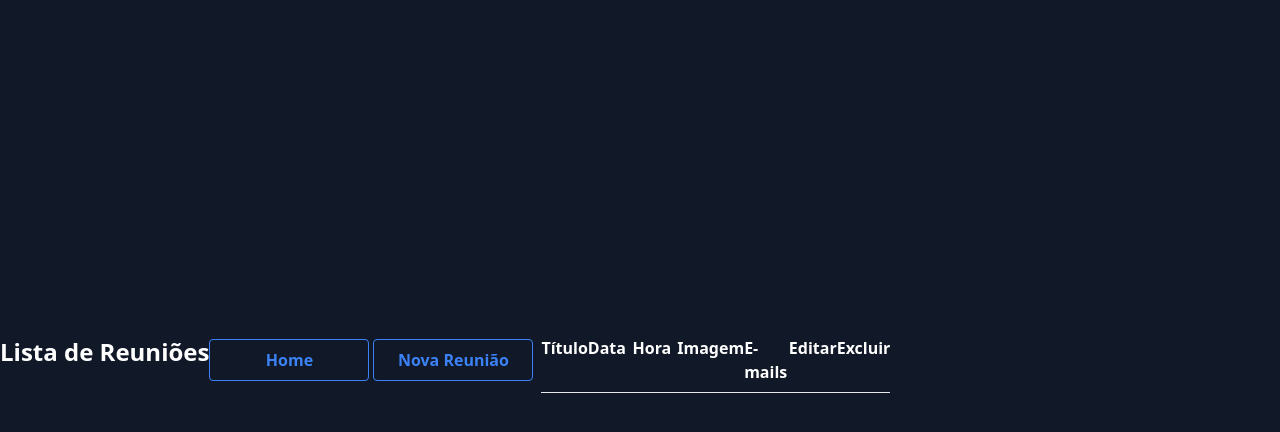
Repository: TamiBeira/meeting
Page: /meetings
The author's editor kept a copy of each file at every save. The page is drawn from the files as they stood at one save, then again after the next save.
The browser window is 1280 px wide. The pictures show the whole page.
The project was rebuilt for these pictures with package versions that can differ from the ones it lists, and the page was loaded fresh each time. Also part of the build but not shown: vite.config.ts, src/contexts/FormContext.tsx, src/components/Form.tsx, src/components/HomePage.tsx.

Above is the page before, as saved 2024-02-27 00:42:05.

After the next save:
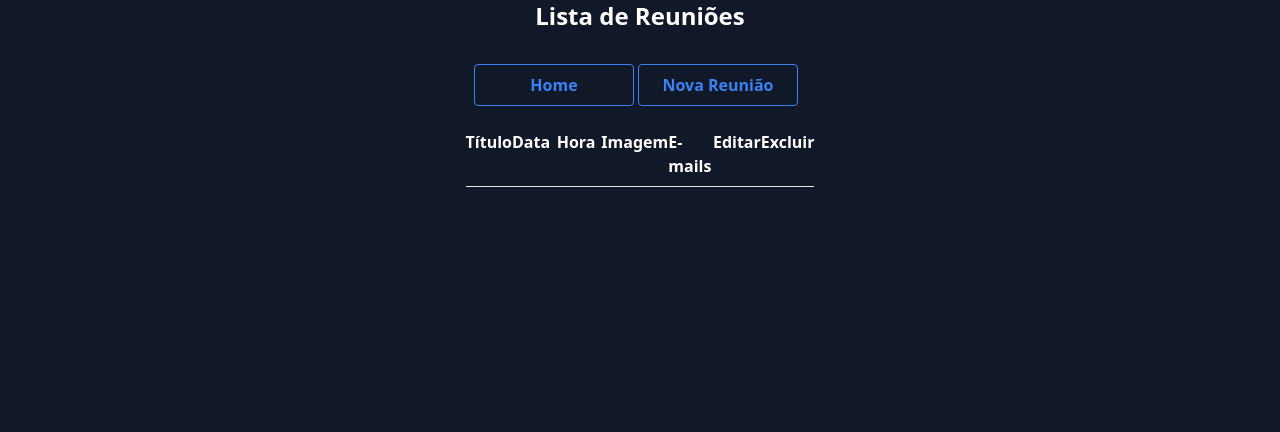
Saved 5 s later.
--- a/src/components/MeetingsView.tsx
+++ b/src/components/MeetingsView.tsx
@@ -28,7 +28,7 @@ export const MeetingsView: React.FC = () => {
   };
 
   return (
-    <div className="flex items-center bg-gray-900 w-full h-screen">
+    <div className="flex flex-col items-center bg-gray-900 w-full h-screen">
       <h2 className="text-2xl text-white font-bold mb-4">Lista de Reuniões</h2>
       <div className="mt-4 mb-4">
         <Link to="/" className="w-40 mr-1 inline-block text-center border border-solid border-blue-500 text-blue-500 font-bold px-4 py-2 rounded">Home</Link>

After the 3 saves that followed:
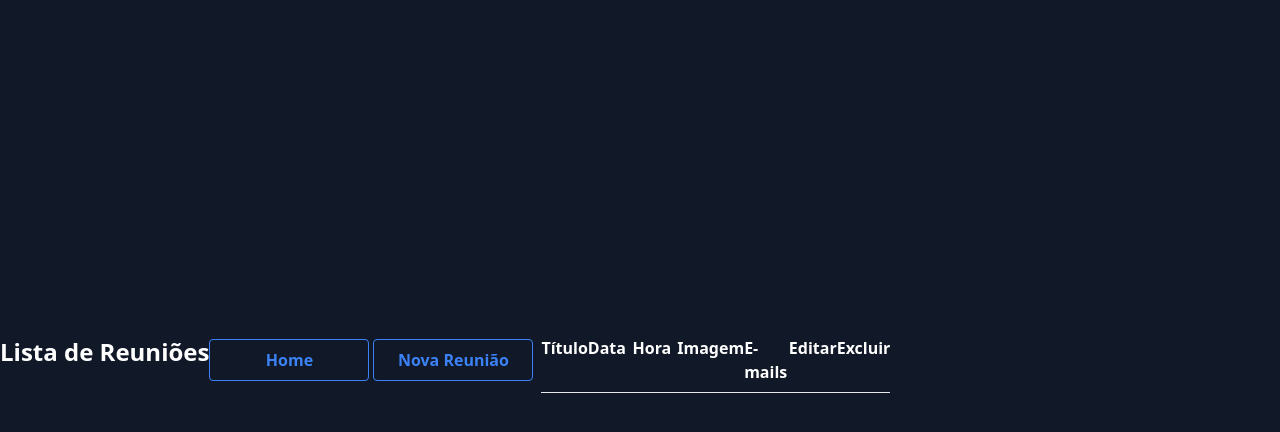
The 3 saves are shown as one change because 2 left the picture as it was.
The last was saved 35 s later.
--- a/src/components/MeetingsView.tsx
+++ b/src/components/MeetingsView.tsx
@@ -28,7 +28,7 @@ export const MeetingsView: React.FC = () => {
   };
 
   return (
-    <div className="flex flex-col items-center bg-gray-900 w-full h-screen">
+    <div className="flex  items-center bg-gray-900 h-screen">
       <h2 className="text-2xl text-white font-bold mb-4">Lista de Reuniões</h2>
       <div className="mt-4 mb-4">
         <Link to="/" className="w-40 mr-1 inline-block text-center border border-solid border-blue-500 text-blue-500 font-bold px-4 py-2 rounded">Home</Link>
